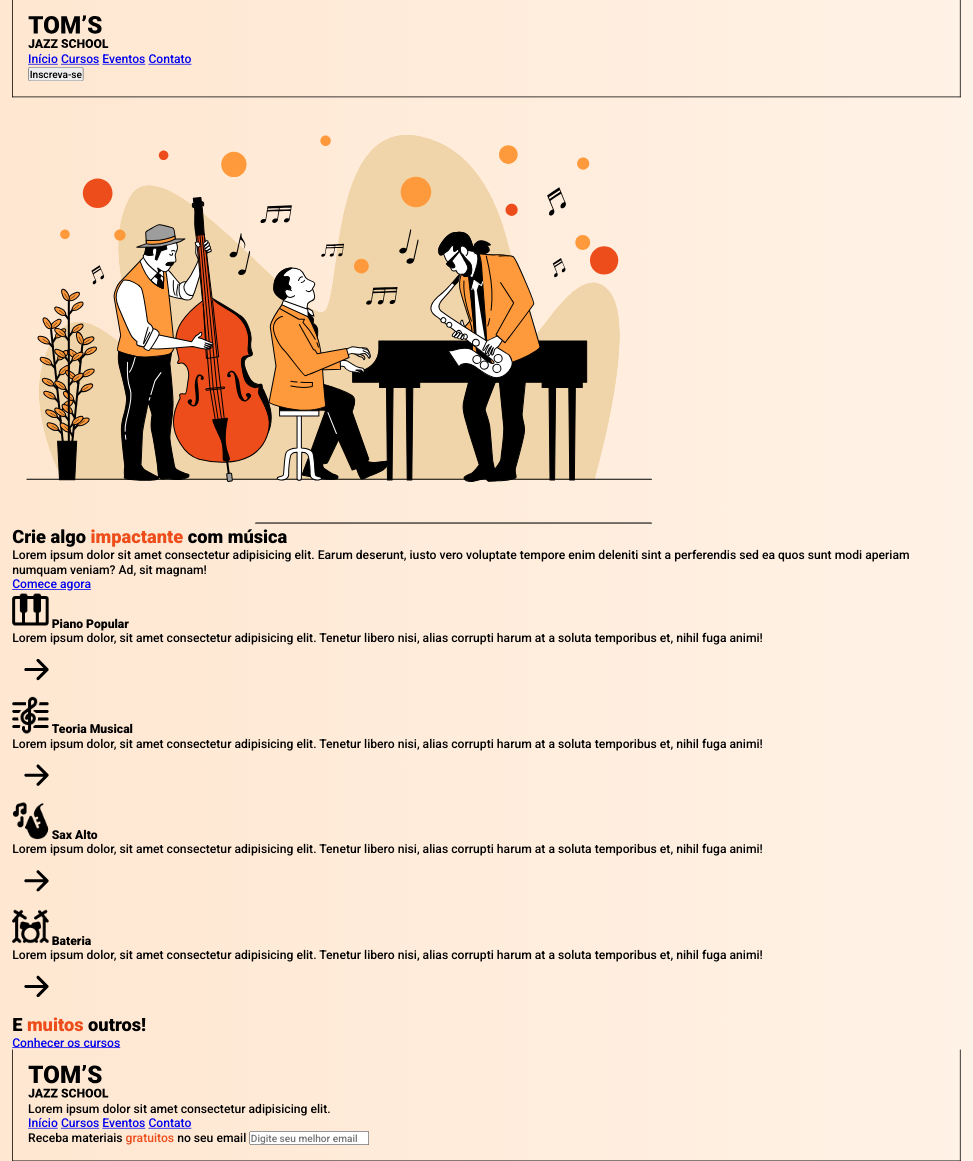
Repository: tenoriodasilva31/OBC-Music-School
Page: index.html
These files come from the project's save history. The page is drawn as it stood at one moment and after the next save; the edit follows.
The browser window is 1280 px wide. The pictures show the whole page, at 76% of full size.

Above is the page before, as saved 2023-07-05 17:10:02.

### index.html
<!DOCTYPE html>
<html lang="pt-BR">
<head>
    <meta charset="UTF-8">
    <meta name="viewport" content="width=device-width, initial-scale=1.0">
    <title>Tom's Jazz School</title>

    <link rel="preconnect" href="https://fonts.googleapis.com">
    <link rel="preconnect" href="https://fonts.gstatic.com" crossorigin>

    <link rel="stylesheet" href="index.css">

    <link href="https://fonts.googleapis.com/css2?family=Roboto:wght@500;900&display=swap" rel="stylesheet">
</head>
<body>
    <header>
        <img src="./img/logo.svg" alt="Tom's School">
        <nav>
            <a href="#">Início</a>
            <a href="#">Cursos</a>
            <a href="#">Eventos</a>
            <a href="#">Contato</a>
        </nav>
        <button href="#" class="button">Inscreva-se</button>
    </header>
    <main>
        <section>
            <img src="/img/hero-img.svg" alt="Banda de jazz se apresentando">
            <div>
                <h1>Crie algo <span class="text-primary">impactante</span> com música</h1>
                <p>Lorem ipsum dolor sit amet consectetur adipisicing elit. Earum deserunt, iusto vero voluptate tempore enim deleniti sint a perferendis sed ea quos sunt modi aperiam numquam veniam? Ad, sit magnam!</p>
                <a href="#" class="button">Comece agora</a>
            </div>
        </section>
        <section>
            <div class="cards">
            <article>

                <img src="/img/piano.png" alt="icone de teclas de piano">
                <strong>Piano Popular</strong>
                <p>Lorem ipsum dolor, sit amet consectetur adipisicing elit. Tenetur libero nisi, alias corrupti harum at a soluta temporibus et, nihil fuga animi!</p>
                <a href="#">
                    <img src="/img/arrow-right.svg" alt="Ir para página do curso">
                </a>
            </article>
            <article>
                <img src="/img/clef.png" alt="icone clave">
                <strong>Teoria Musical</strong>
                <p>Lorem ipsum dolor, sit amet consectetur adipisicing elit. Tenetur libero nisi, alias corrupti harum at a soluta temporibus et, nihil fuga animi!</p>
                <a href="#">
                    <img src="/img/arrow-right.svg" alt="Ir para página do curso">
                </a>
            </article>
            <article>
                <img src="/img/sax.png" alt="icone de teclas de piano">
                <strong>Sax Alto</strong>
                <p>Lorem ipsum dolor, sit amet consectetur adipisicing elit. Tenetur libero nisi, alias corrupti harum at a soluta temporibus et, nihil fuga animi!</p>
                <a href="#">
                    <img src="/img/arrow-right.svg" alt="Ir para página do curso">
                </a>
            </article>
            <article>
                <img src="/img/drums.png" alt="icone de teclas de piano">
                <strong>Bateria</strong>
                <p>Lorem ipsum dolor, sit amet consectetur adipisicing elit. Tenetur libero nisi, alias corrupti harum at a soluta temporibus et, nihil fuga animi!</p>
                <a href="#">
                    <img src="/img/arrow-right.svg" alt="Ir para página do curso">
                </a>
            </article>
            </div>
            <h2>E <span class="text-primary">muitos</span> outros!</h2>
            <a href="#" class="button">Conhecer os cursos</a>
        </section>
    </main>

    <footer>
        <div>
            <img src="/img/logo.svg" alt="Tom's School">
            <p>Lorem ipsum dolor sit amet consectetur adipisicing elit. </p>
        </div>
        <nav>
            <a href="#">Início</a>
            <a href="#">Cursos</a>
            <a href="#">Eventos</a>
            <a href="#">Contato</a>
        </nav>
        <form>
            <label for="email">Receba materiais <span class="text-primary">gratuitos</span> no seu email</label>
            <input type="text" name="email" id="email" placeholder="Digite seu melhor email">
        </form>
    </footer>
</body>
</html>

### index.css
* {
    box-sizing: border-box;
    font-family: 'Roboto', sans-serif;
    margin: 0;
    padding: 0;
}

:root {
    --color-primary: #ED4D1B;
    --color-secondary: #FF9a3c;
    --color-black: #000;
    --color-white: #FFF;
}

body {
    background: linear-gradient(90deg, #ffe7d1 0%, #FFF2e6 100%);
    padding: 0 1rem;
}

header,.hero-section, .courses-section, footer {
    border-color: var(--color-black);
    border-style: solid;
    border-width: 0 1px 1px 1px;
    padding: 1.25rem;
}

.mt-1 {
    margin-top: 1rem;
}

.mt-2 {
    margin-top: 2rem;
}

.mb-1 {
    margin-bottom: 1rem;
}

.mb-2 {
    margin-bottom: 2rem;
}

.mx-auto {
    margin-left: auto;
    margin-right: auto;
}

.text-primary {
    color: var(--color-primary);
}

.text-center {
    text-align: center;
}

After the next save:
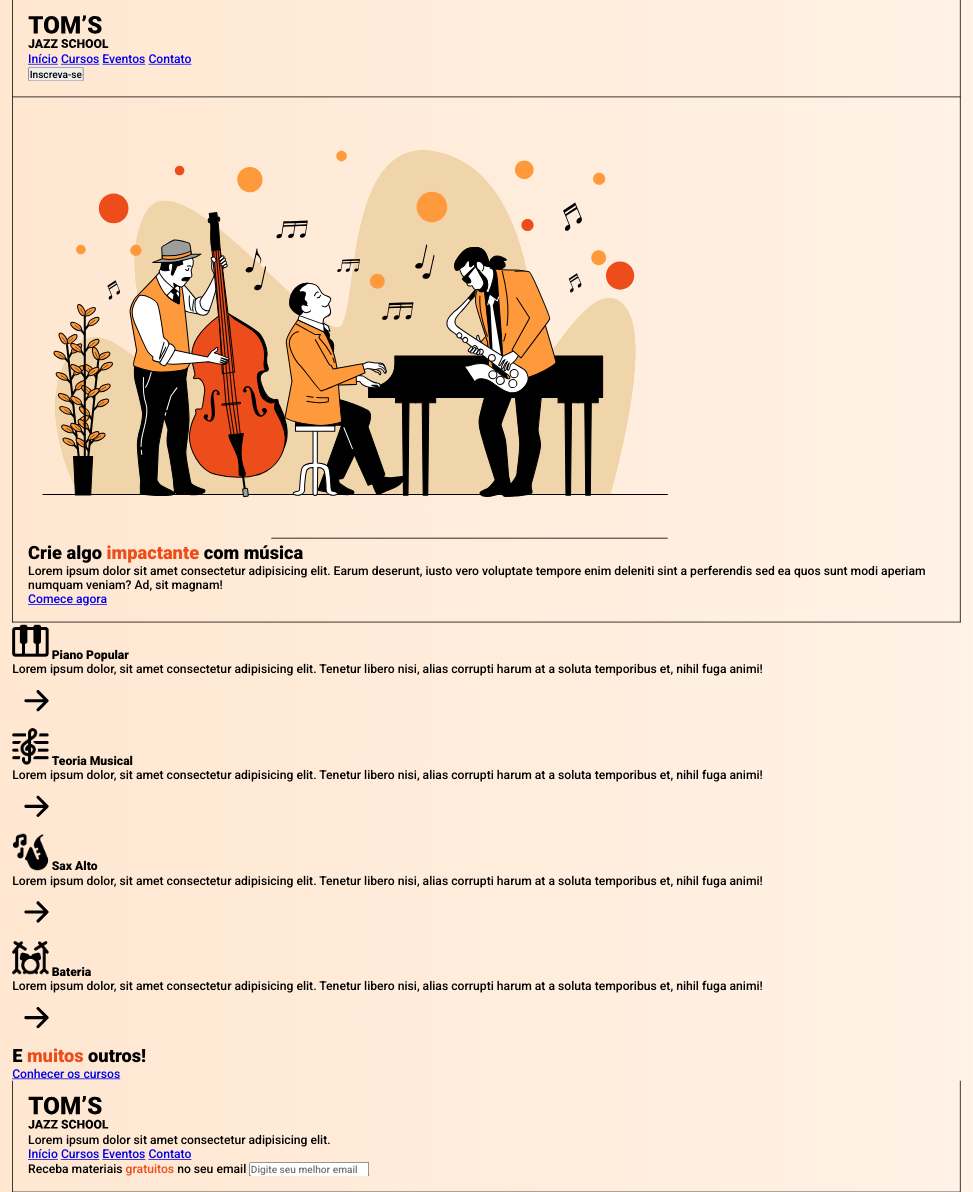
Saved 19 s later.
--- a/index.html
+++ b/index.html
@@ -24,7 +24,7 @@
         <button href="#" class="button">Inscreva-se</button>
     </header>
     <main>
-        <section>
+        <section class="hero-section">
             <img src="/img/hero-img.svg" alt="Banda de jazz se apresentando">
             <div>
                 <h1>Crie algo <span class="text-primary">impactante</span> com música</h1>
